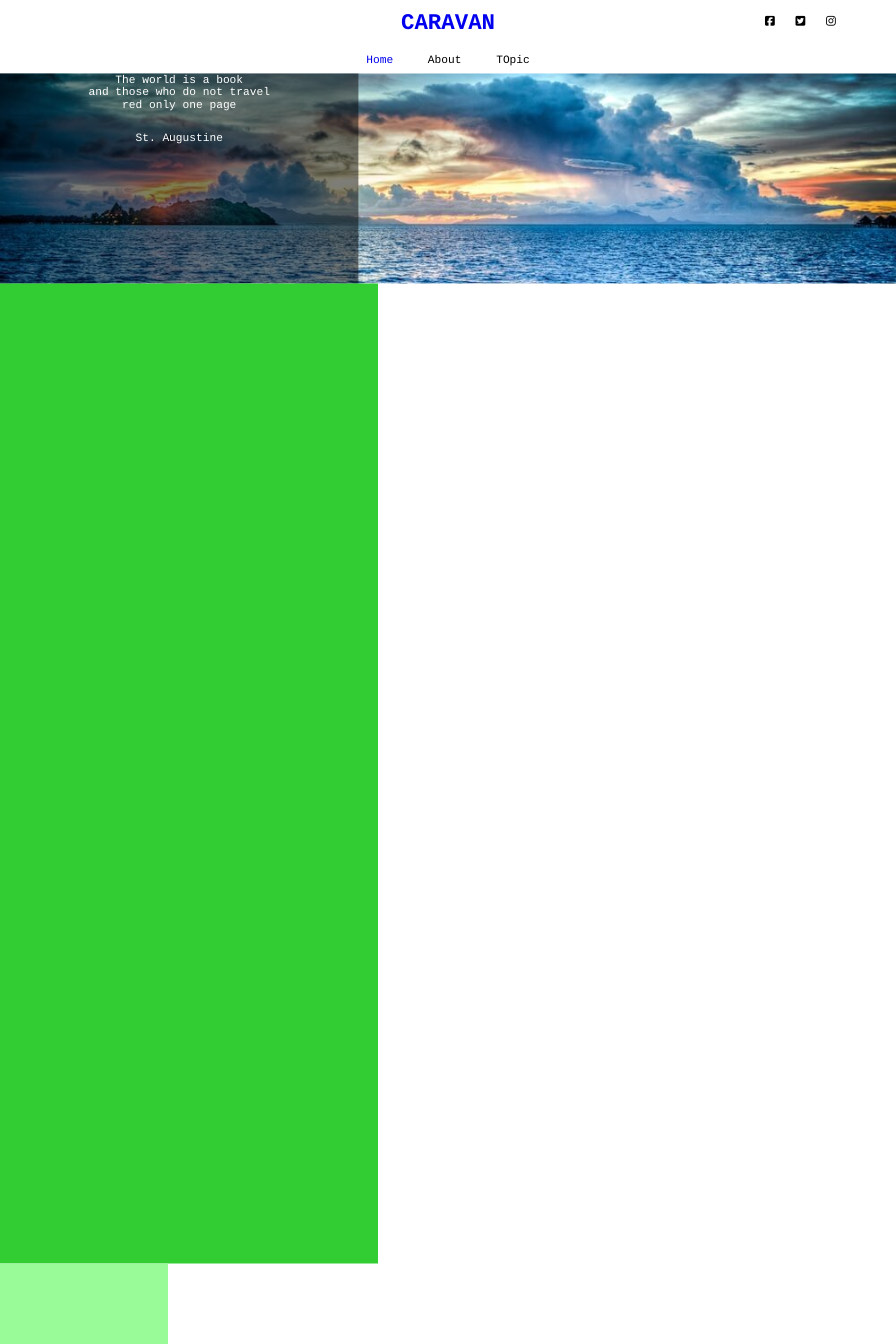
Repository: wakasugisatoi/git
Page: caravan/index2.html
The author's editor kept a record of every edit. The page is drawn from the files as they stood at one moment, then again after the next edit.
The browser window is 1280 px wide. The pictures show the part of the page from y = 0 to 1920 px (the page is 6265 px tall), at 70% of full size.
Some web libraries are served in a nearby version.

Above is the page before.

After the next edit:
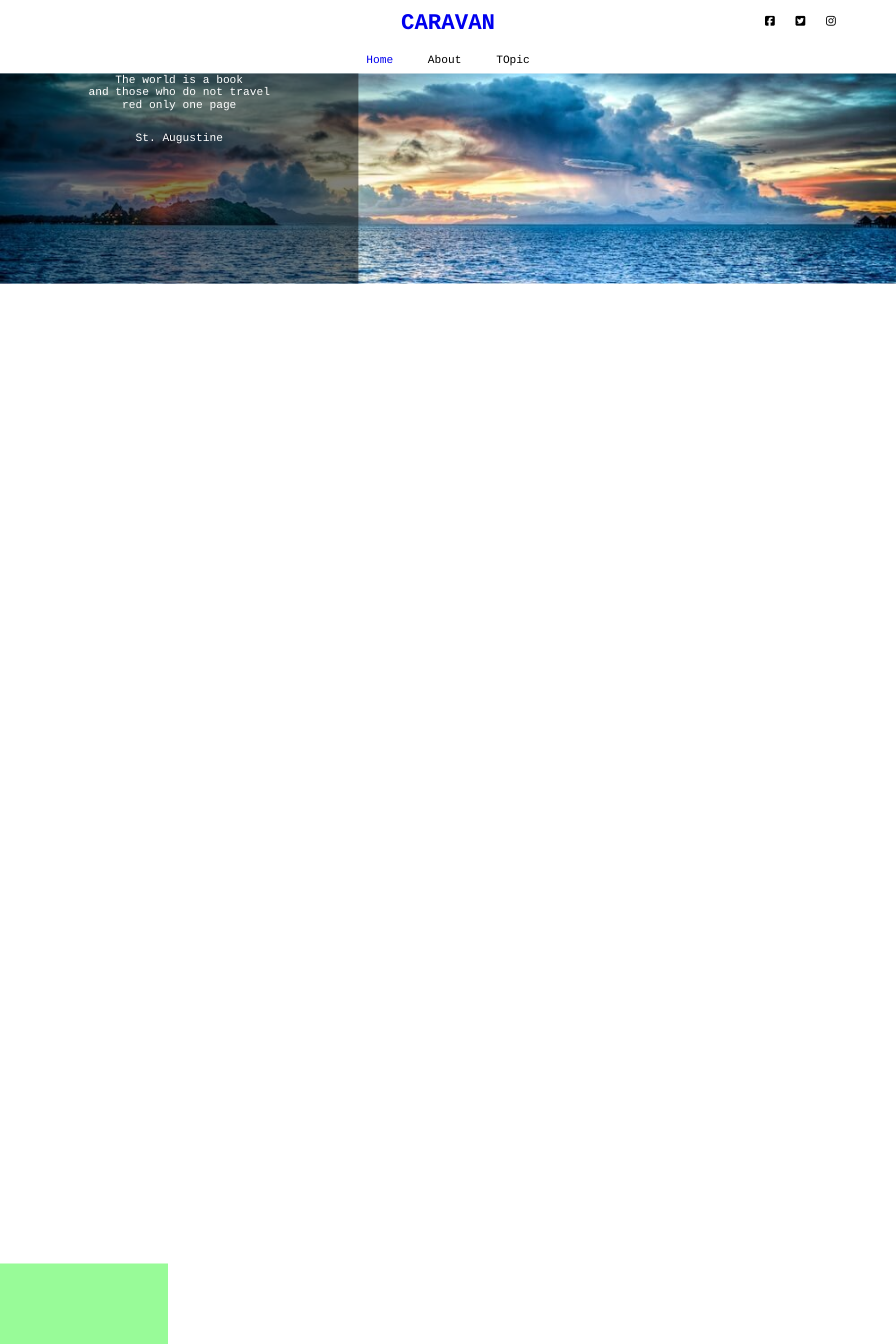
The edit:
--- a/caravan/style2.css
+++ b/caravan/style2.css
@@ -100,7 +100,7 @@
 .blog{
   width: 540px;
   height: 1400px;
-  background-color: limegreen;
+  /*background-color: limegreen;*/
   margin-right: 30px;
 }
 
